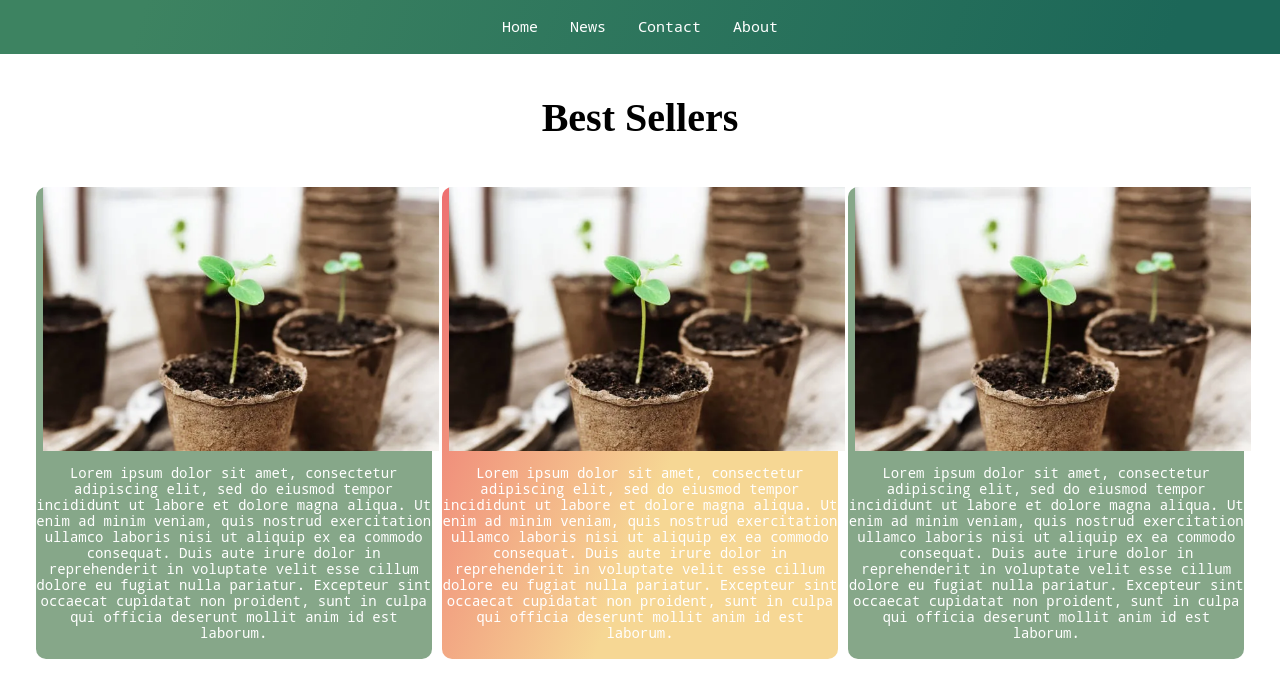
Repository: Flexo874/ISITECH-HTML-CSS
Page: index.html
An editor plug-in stored every save of this project. The page is shown before and after the next save, followed by the edit.
The browser window is 1280 px wide. The pictures show the whole page.

Above is the page before, as saved 2024-01-02 14:55:13.

After the next save:
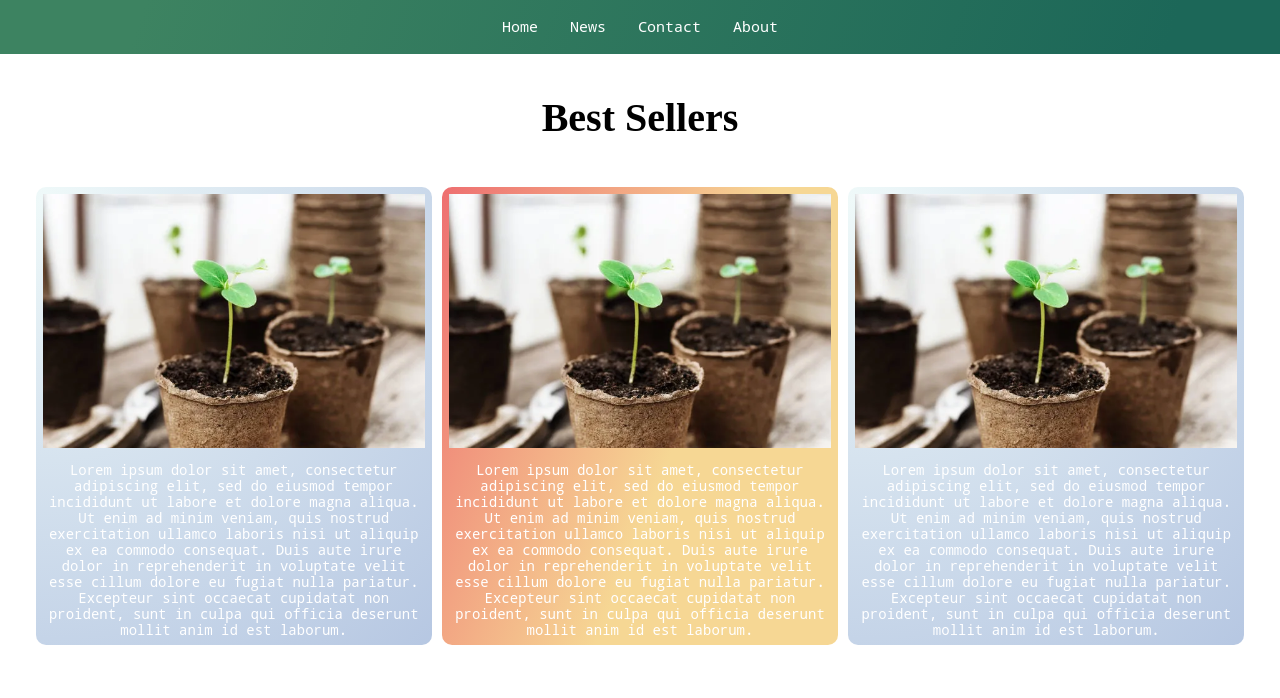
Saved 21 s later.
--- a/style.css
+++ b/style.css
@@ -65,7 +65,7 @@
 
 
 .item {
-    background-color:#86A789;
+    background-image: radial-gradient( circle farthest-corner at 1.3% 2.8%,  rgba(239,249,249,1) 0%, rgba(182,199,226,1) 100.2% );    display: flex;
     flex-direction: column;
     align-items: center;
     justify-content: center;
